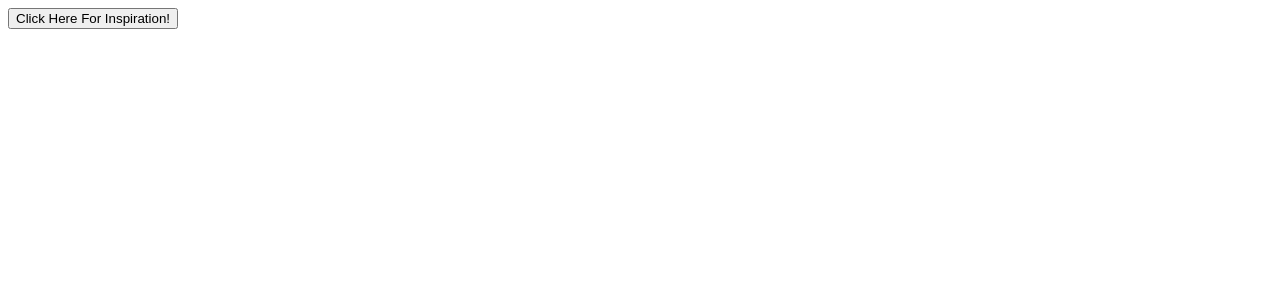
Repository: Hogwartsalumni/Inspire
Page: main.html
The author's editor kept a record of every edit. The page is drawn from the files as they stood at one moment, then again after the next edit.
The browser window is 1280 px wide. The pictures show the whole page.

Above is the page before.

### main.html
<!DOCTYPE html>
<html>
  <head>
    <meta charset="UTF-8">
    <link rel="stylesheet" href="main.css" type="text/css">
    <link href="https://fonts.googleapis.com/css2?family=Nunito&family=Quicksand&display=swap" rel="stylesheet">
    <title>Inspire</title>
  </head>
  <body>
    <!--<button onClick="displayImage()">Click Here For Inspiration!!</button> -->
    <input type="button" onClick="displayImage()" value="Click Here For Inspiration!">
    <br>
    <img src="img/blank.png" name="canvas"/>

  </body>
</html>

### main.css
button {
    color: #36449C;
    text-align: center;
    font-family: Pacifico;
    font-size: 60px;
    border: none;
    width: 65%;
    margin: 10px 10px;
    cursor: pointer;
    border-radius: 8px;
    overflow: auto;
}

img {
  width: 450px;
  height: 450px;
}

p {
  color: #262b49;
  font-family: Nunito;
  font-size: 18px;
}

After the next edit:
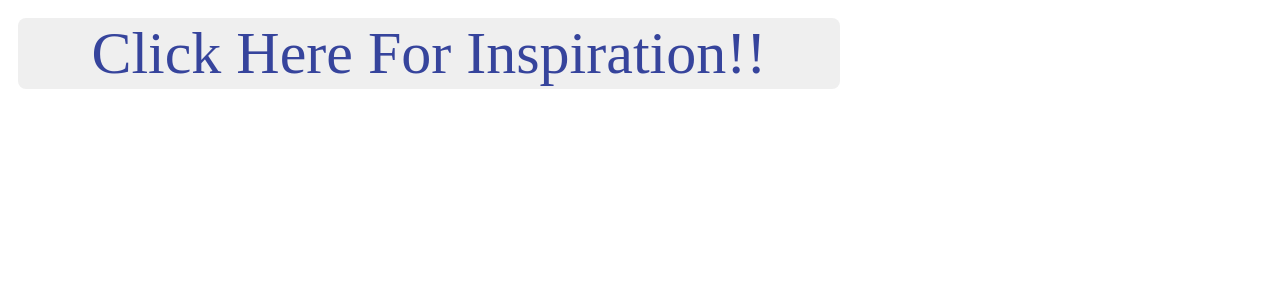
The edit:
--- a/main.html
+++ b/main.html
@@ -7,8 +7,8 @@
     <title>Inspire</title>
   </head>
   <body>
-    <!--<button onClick="displayImage()">Click Here For Inspiration!!</button> -->
-    <input type="button" onClick="displayImage()" value="Click Here For Inspiration!">
+    <button onClick="displayImage()">Click Here For Inspiration!!</button>
+    <!--<input type="button" onClick="displayImage()" value="Click Here For Inspiration!"> -->
     <br>
     <img src="img/blank.png" name="canvas"/>
 

After the edit that followed:
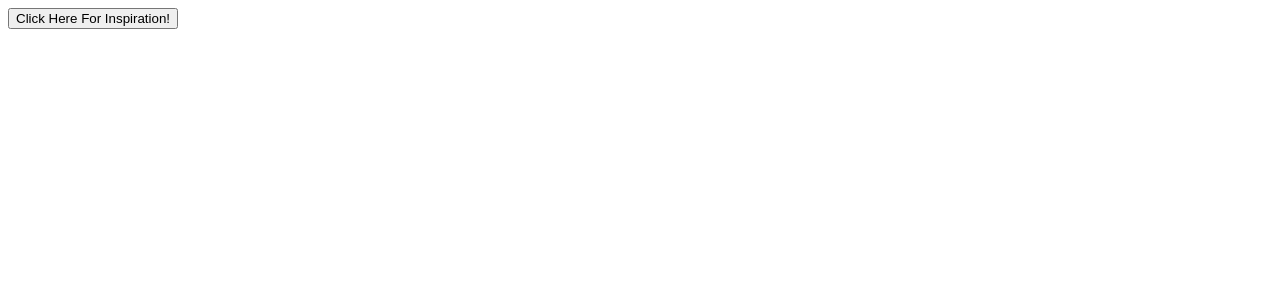
The edit:
--- a/main.html
+++ b/main.html
@@ -7,8 +7,8 @@
     <title>Inspire</title>
   </head>
   <body>
-    <button onClick="displayImage()">Click Here For Inspiration!!</button>
-    <!--<input type="button" onClick="displayImage()" value="Click Here For Inspiration!"> -->
+    <!-- <button onClick="displayImage()">Click Here For Inspiration!!</button> -->
+    <input type="button" onClick="displayImage()" value="Click Here For Inspiration!">
     <br>
     <img src="img/blank.png" name="canvas"/>
 
